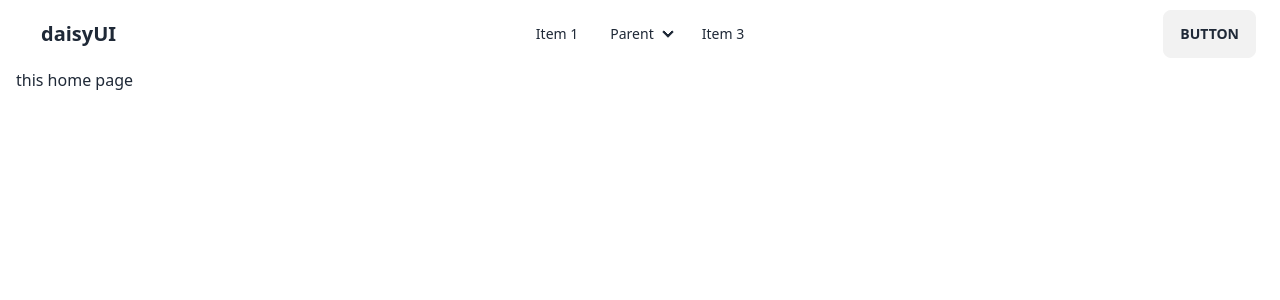
Repository: mdrubel02/portfilo
Page: /
An editor plug-in stored every save of this project. The page is shown before and after the next save, followed by the edit.
The browser window is 1280 px wide. The pictures show the whole page.
The project was rebuilt for these pictures with package versions that can differ from the ones it lists, and the page was loaded fresh each time. Also part of the build but not shown: vite.config.js.

Above is the page before, as saved 2023-06-22 15:55:39.

### src/main.jsx
import React from 'react'
import ReactDOM from 'react-dom/client'
import './index.css'
import {RouterProvider} from 'react-router-dom'
import router from './Layout/routes'



ReactDOM.createRoot(document.getElementById('root')).render(
  <React.StrictMode>
    <RouterProvider  router={router}/>
  </React.StrictMode>,
)

### src/Layout/routes.jsx
import { createBrowserRouter } from "react-router-dom";
import Main from "./Main";
import Home from "../Pages/Home/Home";


const router = createBrowserRouter([
  {
    path: "/",
    element: <Main />,
    children: [
      { path: '/', element: <Home /> },
      { path: '/home', element: <Home /> }
    ]
  }
]);

export default router;

### src/Layout/Main.jsx
import React from 'react';
import Navbar from '../Shared/Navbar/Navbar';
import { Outlet } from 'react-router-dom';

const Main = () => {
    return (
        <div className='mx-auto px-4'>
            <Navbar />
            <Outlet />
        </div>
    );
};

export default Main;

### src/Pages/Home/Home.jsx
import React from 'react';

const Home = () => {
    return (
        <div>
            <h1>this home page</h1>
        </div>
    );
};

export default Home;

### src/Shared/Navbar/Navbar.jsx
import React from 'react';

const Navbar = () => {
    return (
        <div className="navbar bg-base-100 container ">
            <div className="navbar-start">
                <div className="dropdown">
                    <label tabIndex={0} className="btn btn-ghost lg:hidden">
                        <svg xmlns="http://www.w3.org/2000/svg" className="h-5 w-5" fill="none" viewBox="0 0 24 24" stroke="currentColor"><path strokeLinecap="round" strokeLinejoin="round" strokeWidth="2" d="M4 6h16M4 12h8m-8 6h16" /></svg>
                    </label>
                    <ul tabIndex={0} className="menu menu-sm dropdown-content mt-3 z-[1] p-2 shadow bg-base-100 rounded-box w-52">
                        <li><a>Item 1</a></li>
                        <li>
                            <a>Parent</a>
                            <ul className="p-2">
                                <li><a>Submenu 1</a></li>
                                <li><a>Submenu 2</a></li>
                            </ul>
                        </li>
                        <li><a>Item 3</a></li>
                    </ul>
                </div>
                <a className="btn btn-ghost normal-case text-xl">daisyUI</a>
            </div>
            <div className="navbar-center hidden lg:flex">
                <ul className="menu menu-horizontal px-1">
                    <li><a>Item 1</a></li>
                    <li tabIndex={0}>
                        <details>
                            <summary>Parent</summary>
                            <ul className="p-2">
                                <li><a>Submenu 1</a></li>
                                <li><a>Submenu 2</a></li>
                            </ul>
                        </details>
                    </li>
                    <li><a>Item 3</a></li>
                </ul>
            </div>
            <div className="navbar-end">
                <a className="btn">Button</a>
            </div>
        </div>
    );
};

export default Navbar;

Loaded but not shown: index.html (common file); src/index.css (common file); tailwind.config.js (common file)

After the next save:
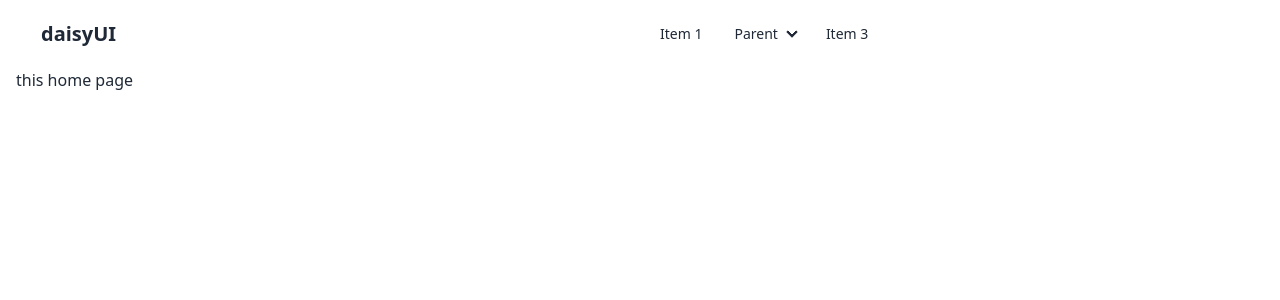
Saved 34 s later.
--- a/src/Shared/Navbar/Navbar.jsx
+++ b/src/Shared/Navbar/Navbar.jsx
@@ -37,9 +37,6 @@ const Navbar = () => {
                     <li><a>Item 3</a></li>
                 </ul>
             </div>
-            <div className="navbar-end">
-                <a className="btn">Button</a>
-            </div>
         </div>
     );
 };
